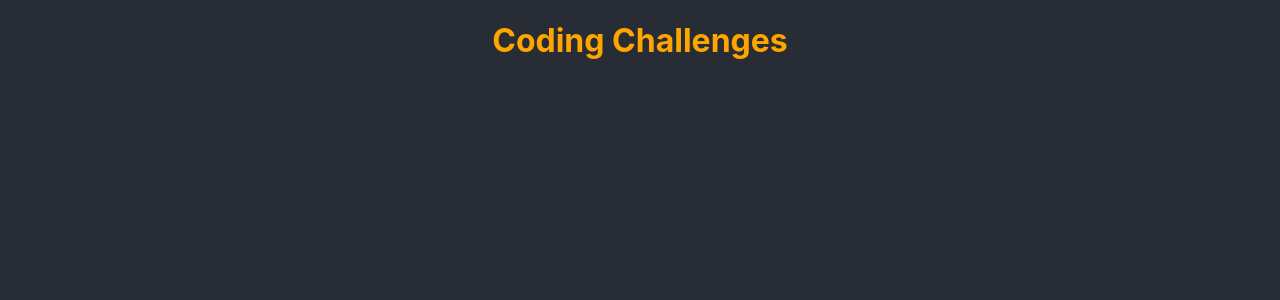
Repository: Valentina-Maraio/coding_challenges
Page: /
The author's editor kept a copy of each file at every save. The page is drawn from the files as they stood at one save, then again after the next save.
The browser window is 1280 px wide. The pictures show the whole page.
The project was rebuilt for these pictures with package versions that can differ from the ones it lists, and the page was loaded fresh each time.

Above is the page before, as saved 2024-07-05 11:45:51.

### src/index.js
import React from 'react';
import ReactDOM from 'react-dom/client';
import './index.css';
import App from './App';
import reportWebVitals from './reportWebVitals';
import { PrimeReactProvider } from 'primereact/api';
import 'primeicons/primeicons.css';



const root = ReactDOM.createRoot(document.getElementById('root'));
root.render(
  <React.StrictMode>
    <PrimeReactProvider>
      <App/>
    </PrimeReactProvider>
  </React.StrictMode>
);

// If you want to start measuring performance in your app, pass a function
// to log results (for example: reportWebVitals(console.log))
// or send to an analytics endpoint. Learn more: https://bit.ly/CRA-vitals
reportWebVitals();

### src/App.js
import "primereact/resources/themes/bootstrap4-dark-purple/theme.css";
import "./App.css";

function App() {
  return (
    <>
      <div className="container">
        <div className="app_title">
          <h1>Coding Challenges</h1>
        </div>
      </div>
    </>
  );
}

export default App;

### src/App.css
body {
  background-color: #282c34;
}

.container {
  display: flex;
  justify-content: center;
  align-items: center;
}

.app_title {
  color: orange;
}

Loaded but not shown: public/index.html (common file); src/index.css (common file); src/reportWebVitals.js (common file)

After the next save:
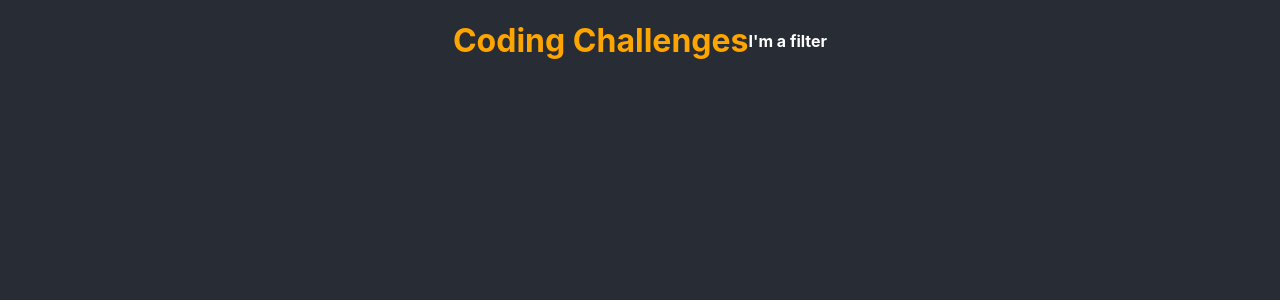
Saved 39 s later.
--- a/src/App.js
+++ b/src/App.js
@@ -8,6 +8,9 @@ function App() {
         <div className="app_title">
           <h1>Coding Challenges</h1>
         </div>
+        <div className="filter_container">
+          <h4>I'm a filter</h4>
+        </div>
       </div>
     </>
   );
